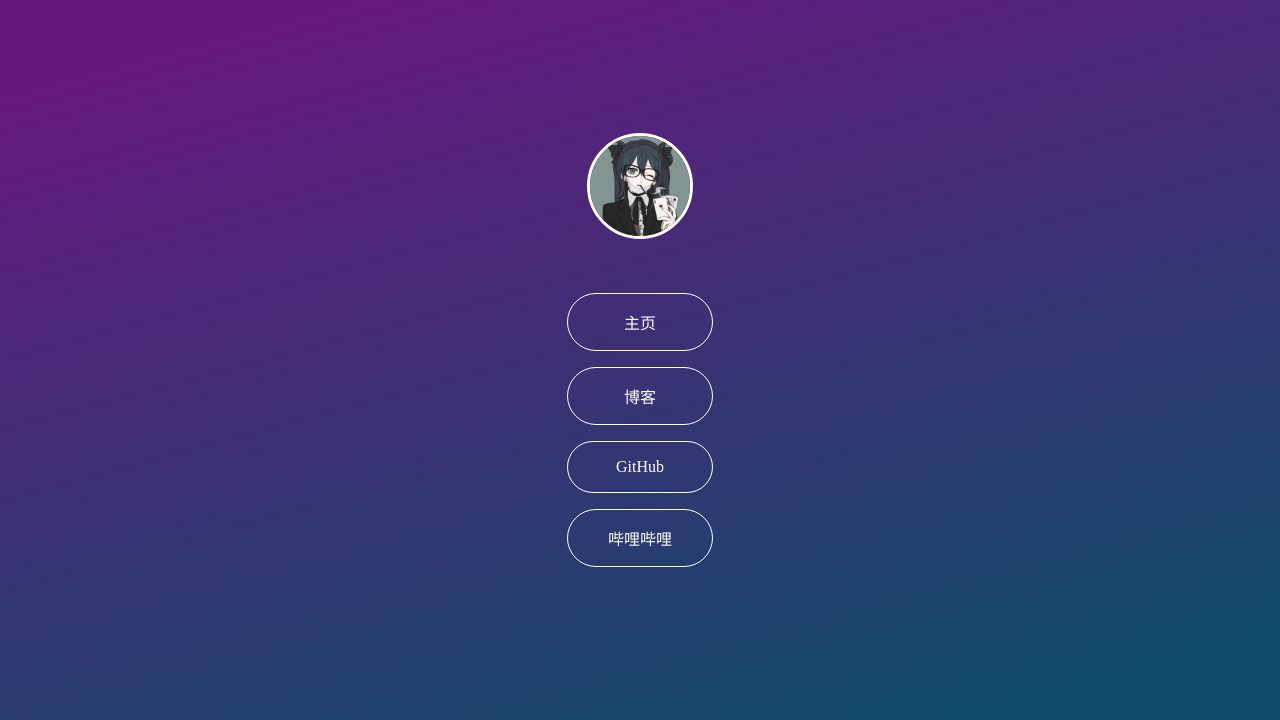
Repository: MarginLon/marginlon.github.io
Page: index.html
These files come from the project's save history. The page is drawn as it stood at one moment and after the next save; the edit follows.
The browser window is 1280 px wide. The pictures show the whole page.

Above is the page before, as saved 2022-09-24 09:22:06.

### index.html
<!----

# Navigation
# By: Dreamer-Paul
# Last Update: 2022.3.11

一个简单的个人首页，让你的朋友方便快捷的，找到你在各站点的社交链接

本代码为奇趣保罗原创，并遵守 MIT 开源协议。欢迎访问我的博客：https://paugram.com



 * Navigation changed from https://paugram.com
 * @author: MarginLon
 * @since: 2022-09-24
 * index.html

---->

<!DOCTYPE html>
<html>

<head>
    <meta charset="UTF-8">
    <title>奇趣保罗</title>
    <link href="static/32.png" rel="icon" sizes="32x32" />
    <link href="static/192.png" rel="icon" sizes="192x192" />
    <meta name="viewport" content="width=device-width, maximum-scale=1, initial-scale=1" />
    <style>
        html,
        body,
        main {
            height: 100%;
        }

        body {
            margin: 0;
            user-select: none;
            font: lighter 16px "微软雅黑";
        }

        body:before {
            content: '';
            z-index: -1;
            width: 3000px;
            height: 3000px;
            display: block;
            position: fixed;
            top: calc(50% - 1500px);
            left: calc(50% - 1500px);
            animation: bg-rotate 15s infinite linear;
            /* background: linear-gradient(45deg, #20b57d 40%, #258ec5 60%); */
            background: linear-gradient(45deg, #671880 40%, #0f4a69 60%);
        }

        @keyframes bg-rotate {
            0% {
                transform: rotate(0)
            }

            100% {
                transform: rotate(360deg)
            }
        }

        a {
            text-decoration: none;
        }

        main {
            display: table;
            margin: 0 auto;
        }

        .content {
            padding-top: 50px;
            padding-bottom: 70px;
            text-align: center;
            display: table-cell;
            vertical-align: middle;
        }

        .logo {
            margin-bottom: 50px;
        }

        .logo img {
            height: auto;
            max-width: 100px;
            border-radius: 100%;
            border: 3px solid #fff;
            transition: transform 0.3s;
        }

        .logo img:hover {
            transform: scale(1.1, 1.1) rotate(1turn);
        }

        .links {
            max-width: 300px;
        }

        .links a {
            color: #fff;
            display: block;
            min-width: 80px;
            padding: 1em 2em;
            text-align: center;
            margin-bottom: 1em;
            border-radius: 100px;
            border: #fff 1px solid;
            transition: background 0.3s, color 0.3s, opacity 0.3s, transform 0.3s;
        }

        .links a:hover {
            color: #258ec5;
            background: #fff;
            transform: scale(1.1, 1.1);
        }

        .links a:active {
            opacity: 0.7;
            transform: scale(0.9, 0.9);
        }

        .links a:last-child {
            margin-bottom: 0;
        }

        footer {
            left: 0;
            right: 0;
            bottom: 0;
            color: #fff;
            position: fixed;
            text-align: center;
        }

        footer a {
            color: inherit;
        }
    </style>
</head>

<body>
    <main class="container">
        <div class="content">
            <div class="logo">
                <img src="static/avatar.jpg" alt="MarginLon" />
            </div>
            <div class="links">
                <a href="https://https://www.marginlon.zone">主页</a>
                <a href="https://https://www.marginlon.zone/blog/">博客</a>
                <!-- <a href="http://weibo.com/234891753/" target="_blank">微博</a> -->
                <!-- <a href="http://music.163.com/#/user/home?id=7041859" target="_blank">网易云</a> -->
                <!-- <a href="http://steamcommunity.com/id/dreamer-paul/" target="_blank">Steam</a> -->
                <a href="https://github.com/MarginLon/" target="_blank">GitHub</a>
                <a href="https://space.bilibili.com/2008016" target="_blank">哔哩哔哩</a>
            </div>
        </div>
    </main>
    <!-- <footer>
        <p>©
            <script>document.write(new Date().getFullYear())</script> By <a href="https://paugram.com"
               target="_blank">Dreamer-Paul</a>.
        </p>
    </footer> -->
</body>

</html>

After the next save:
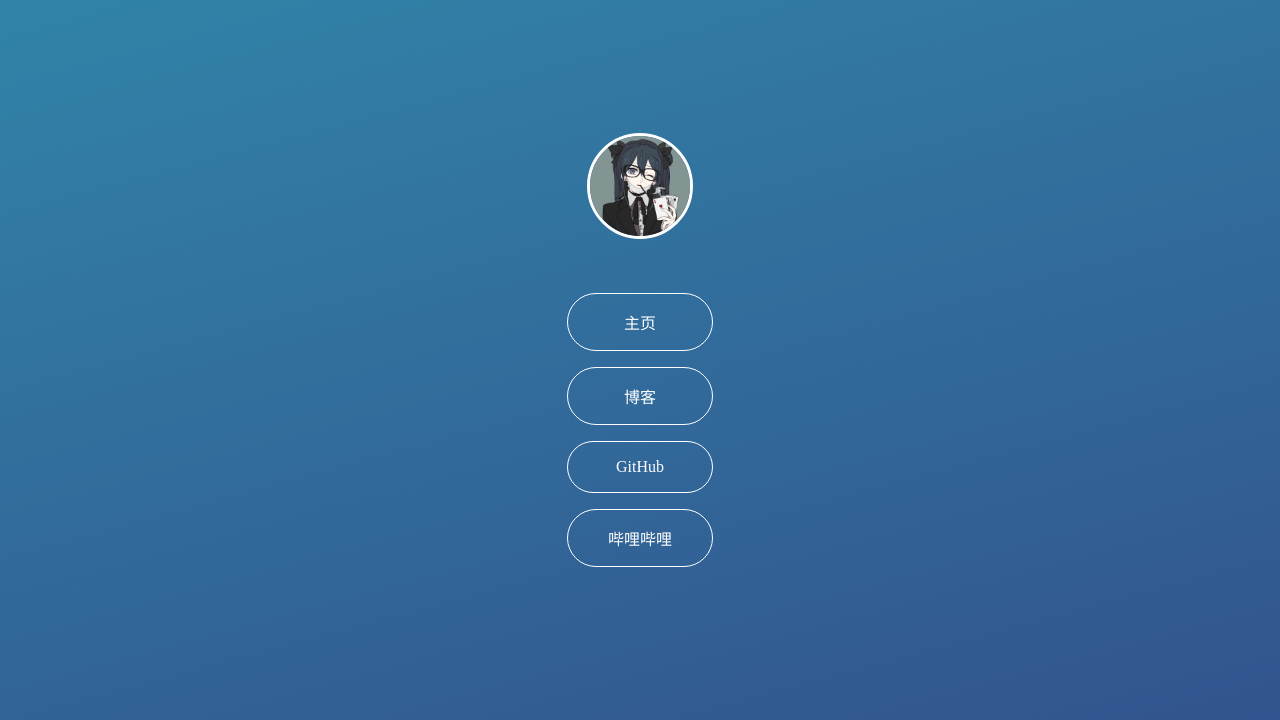
Saved 18 min 27 s later.
--- a/index.html
+++ b/index.html
@@ -50,7 +50,7 @@
             left: calc(50% - 1500px);
             animation: bg-rotate 15s infinite linear;
             /* background: linear-gradient(45deg, #20b57d 40%, #258ec5 60%); */
-            background: linear-gradient(45deg, #671880 40%, #0f4a69 60%);
+            background: linear-gradient(45deg, #30cfd0 0%, #330867 100%);
         }
 
         @keyframes bg-rotate {
